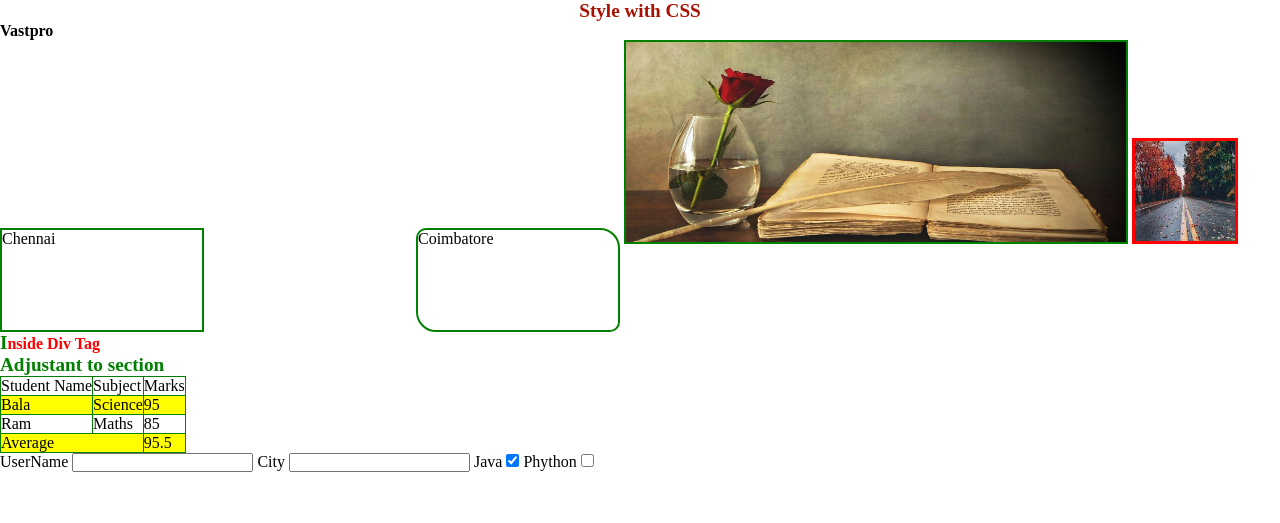
Repository: Balamurugan1914/crud_operation_without_db
Page: http://localhost/CSS_EXAMPLE/
These files come from the project's save history. The page is drawn as it stood at one moment and after the next save; the edit follows.
The browser window is 1280 px wide. The pictures show the whole page.
The first `input[type='checkbox']` is checked.
The page is served by Tomcat 9.

Above is the page before, as saved 2022-06-27 06:23:36.

After the next save:
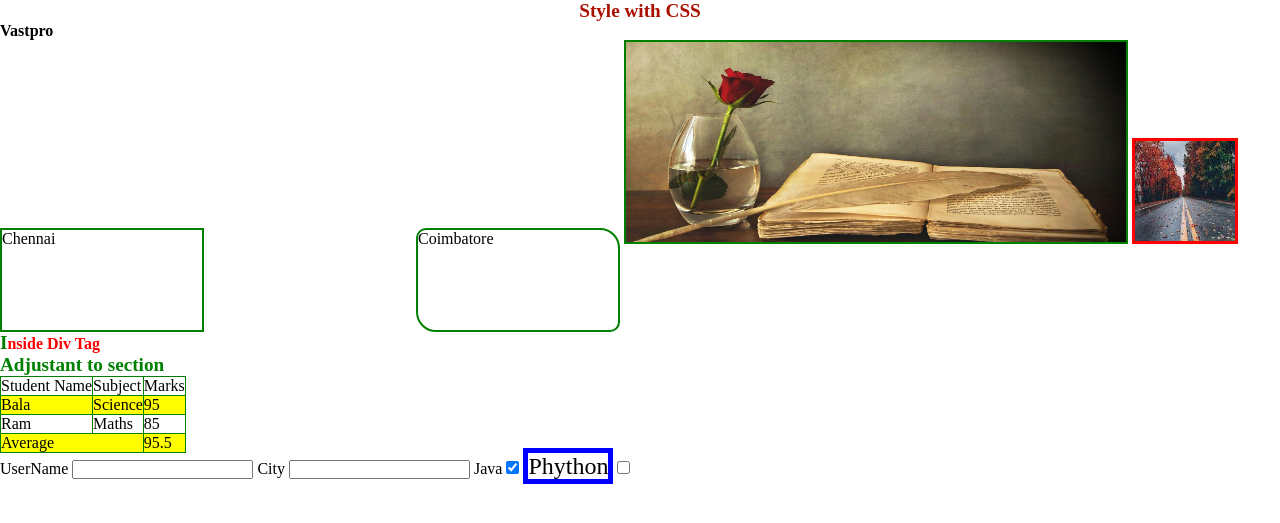
Saved 57 s later.
--- a/CSS_EXAMPLE/src/main/webapp/Style/sample.css
+++ b/CSS_EXAMPLE/src/main/webapp/Style/sample.css
@@ -123,3 +123,10 @@ input[type='text']:focus {
 	border: 5px solid green;
 
 }
+
+input[type='checkbox']:checked+label {
+
+	font-size: 1.5em;
+	border: 5px solid blue;
+
+}

After the save that followed:
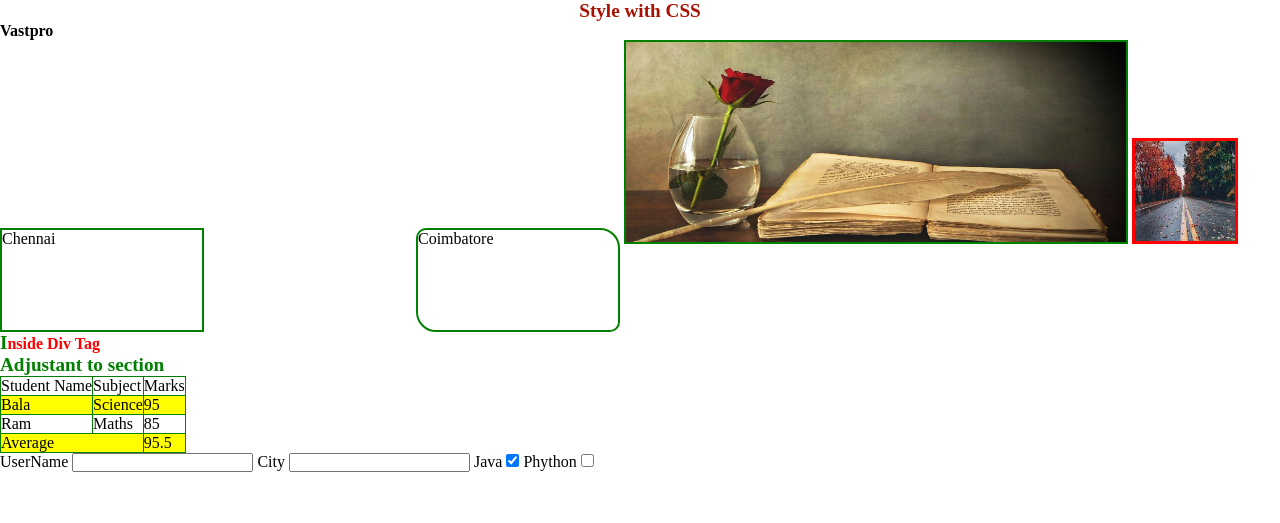
Saved 51 s later.
--- a/CSS_EXAMPLE/src/main/webapp/Style/sample.css
+++ b/CSS_EXAMPLE/src/main/webapp/Style/sample.css
@@ -124,7 +124,7 @@ input[type='text']:focus {
 
 }
 
-input[type='checkbox']:checked+label {
+input[type='checkbox']:checked-label {
 
 	font-size: 1.5em;
 	border: 5px solid blue;
